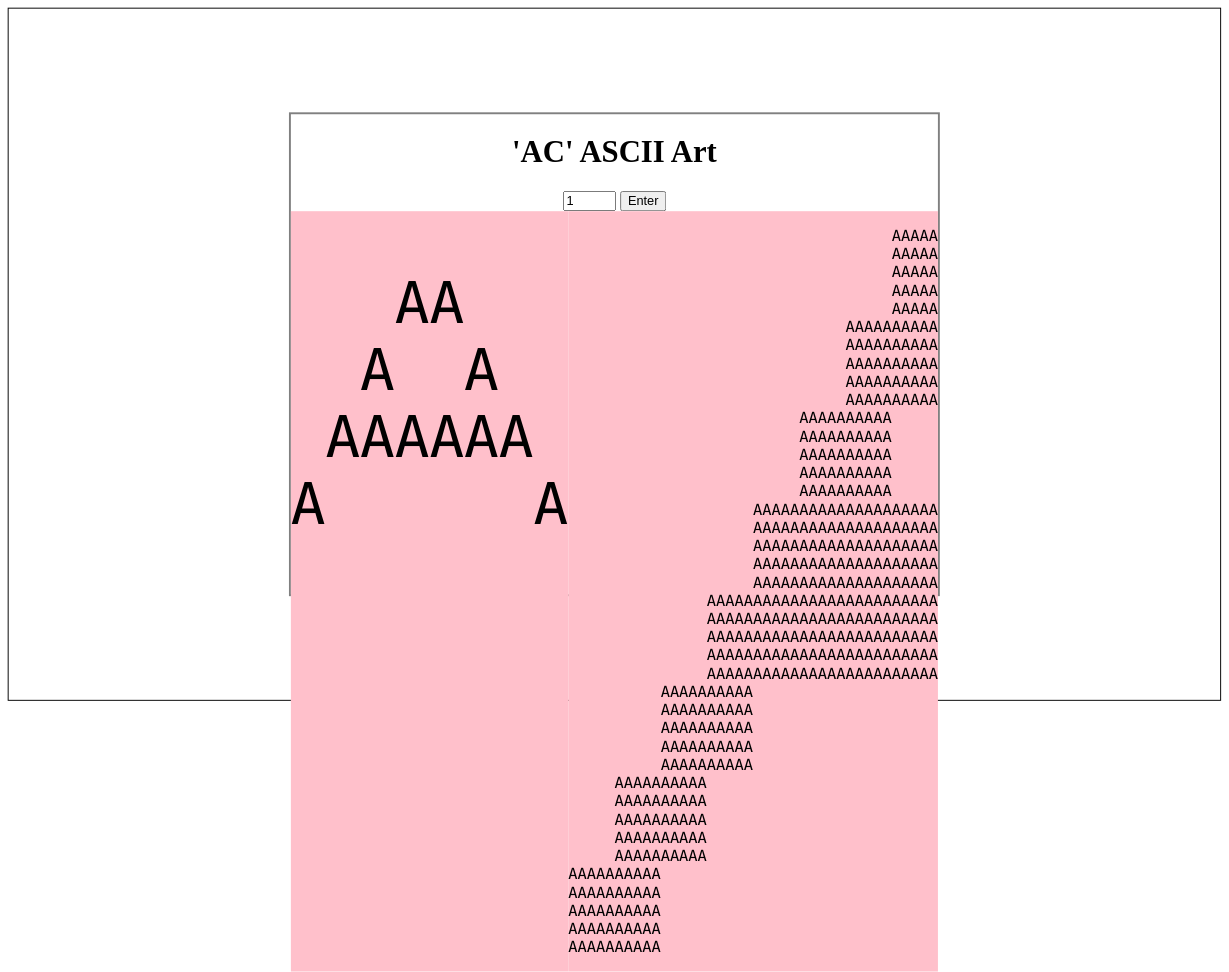
Repository: Achorn/ascii-art
Page: index.html
An editor plug-in stored every save of this project. The page is shown before and after the next save, followed by the edit.
The browser window is 1280 px wide. The pictures show the whole page, at 96% of full size.

Above is the page before, as saved 2021-08-09 20:13:51.

After the next save:
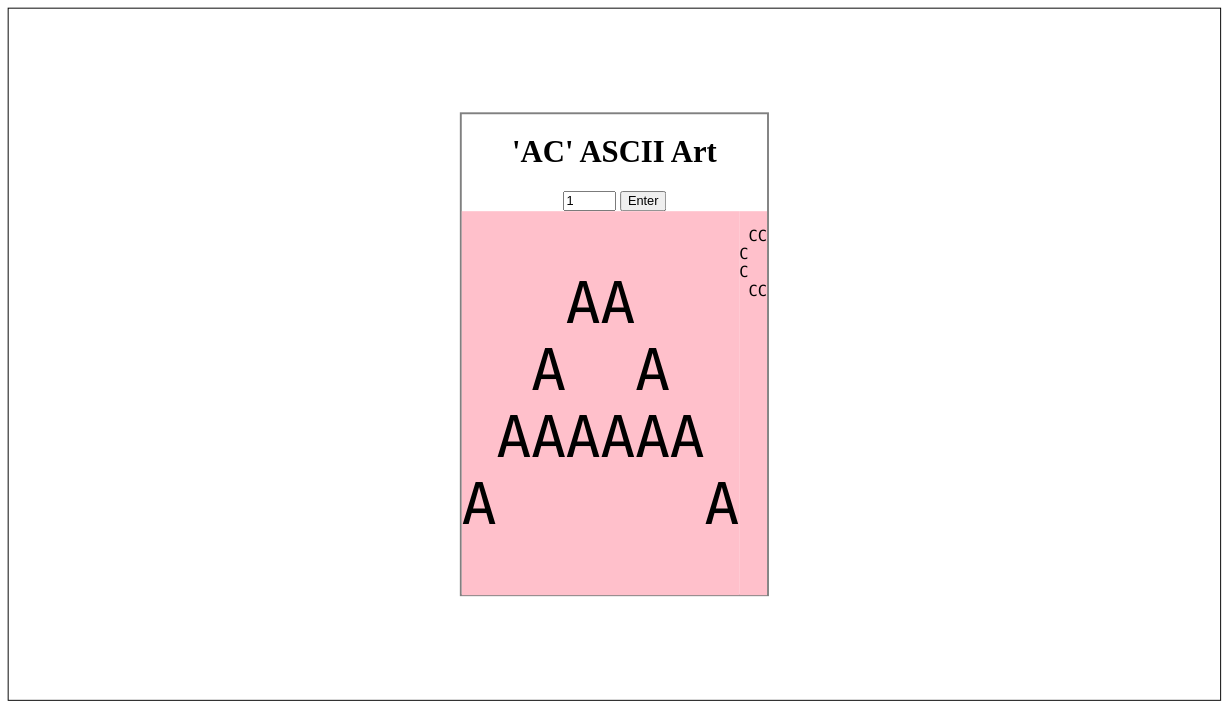
Saved 7 s later.
--- a/myscripts.js
+++ b/myscripts.js
@@ -97,5 +97,5 @@ let scaledEight = scaleSpread(eight, 5);
 monoA.style.fontSize = `${60 / scale}px`;
 // monoC.style.fontSize = `${4 / scale}em`;
 monoA.innerHTML = halfArrToString(scaledFour);
-monoC.innerHTML = arrToString(scaledEight);
+monoC.innerHTML = arrToString(fourC);
 // mono.innerHTML += arrToString(scaleSpread(eight, 1));
